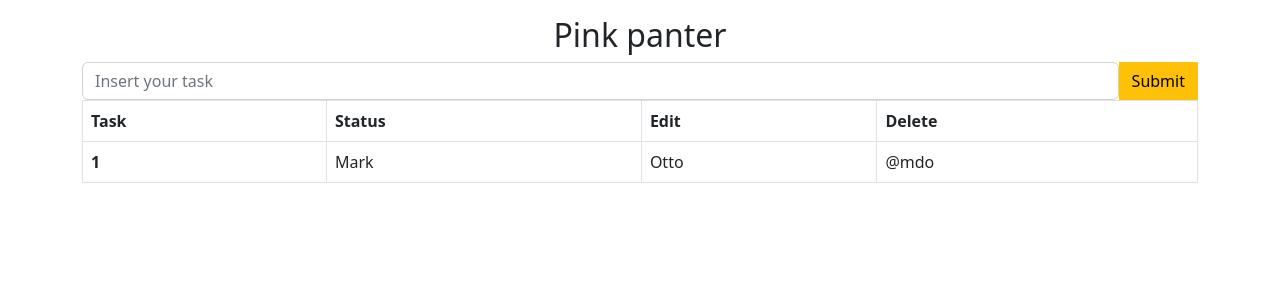
Repository: Wladomax/todo-vue
Page: /
These files come from the project's save history. The page is drawn as it stood at one moment and after a run of saves; the edit follows.
The browser window is 1280 px wide. The pictures show the whole page.
The project was rebuilt for these pictures with package versions that can differ from the ones it lists, and the page was loaded fresh each time. Also part of the build but not shown: vue.config.js.

Above is the page before, as saved 2023-01-01 11:42:23.

### src/main.js
import { createApp } from "vue";
import App from "./App.vue";
import "bootstrap/dist/css/bootstrap.min.css";

createApp(App).mount("#app");

### src/App.vue
<template>
  <div>
    <ToDo></ToDo>
  </div>
</template>

<script>
import ToDo from "./components/ToDo.vue";

export default {
  name: "App",
  components: {
    ToDo,
  },
};
</script>

<style></style>

### src/components/ToDo.vue
<template>
  <div class="container">
    <h2 class="text-center mt-3">Pink panter</h2>

    <!-- input -->
    <div class="d-flex">
      <input type="text" placeholder="Insert your task" class="form-control" />
      <button class="btn btn-warning rounded-0">Submit</button>
    </div>

    <!-- Table-->
    <table class="table table-bordered">
      <thead>
        <tr>
          <th scope="col">Task</th>
          <th scope="col">Status</th>
          <th scope="col">Edit</th>
          <th scope="col">Delete</th>
        </tr>
      </thead>
      <tbody>
        <tr>
          <th scope="row">1</th>
          <td>Mark</td>
          <td>Otto</td>
          <td>@mdo</td>
        </tr>
      </tbody>
    </table>
  </div>
</template>

<script>
export default {
  name: "ToDo",
  props: {
    msg: String,
  },
};
</script>

<style scoped></style>

Loaded but not shown: public/index.html (common file)

After the next 3 saves:
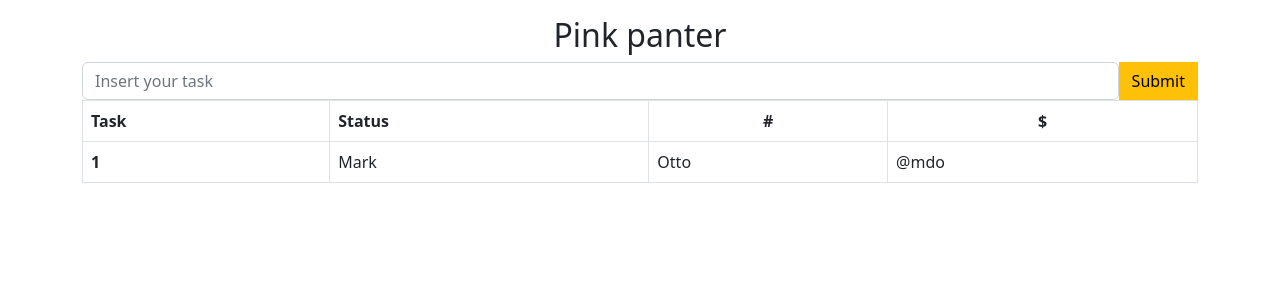
The 3 saves are shown as one change because 2 did not build or start.
The last was saved 2 min 0 s later.
--- a/src/components/ToDo.vue
+++ b/src/components/ToDo.vue
@@ -14,8 +14,8 @@
         <tr>
           <th scope="col">Task</th>
           <th scope="col">Status</th>
-          <th scope="col">Edit</th>
-          <th scope="col">Delete</th>
+          <th scope="col" class="text-center">#</th>
+          <th scope="col" class="text-center">$</th>
         </tr>
       </thead>
       <tbody>
